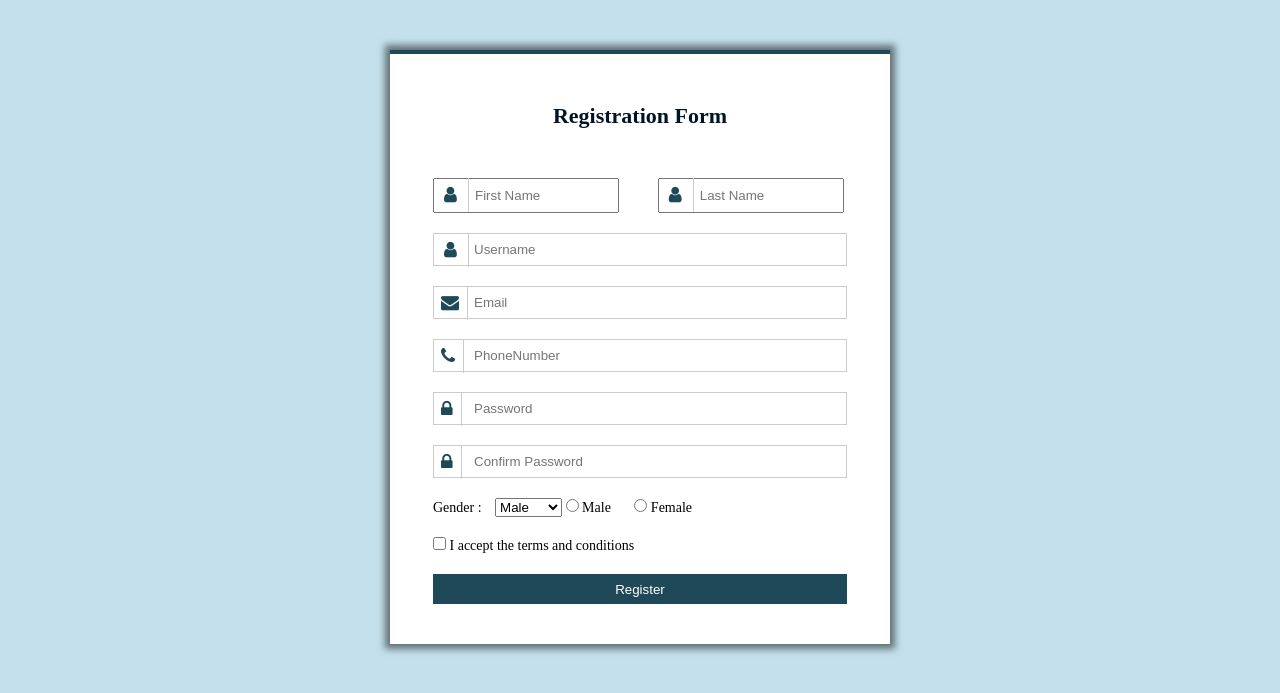
Repository: sampanna17/javabackup
Page: http://localhost/EvoX_CW/pages/register.jsp
An editor plug-in stored every save of this project. The page is shown before and after the next save, followed by the edit.
The browser window is 1280 px wide. The pictures show the whole page.
The page is served by Tomcat 9. Other server files are loaded and not shown.

Above is the page before, as saved 2024-05-05 12:41:23.

### EvoX_CW/src/main/webapp/pages/register.jsp
<%@page import="utils.StringUtils"%>
<%@ page language="java" contentType="text/html; charset=ISO-8859-1"
	pageEncoding="ISO-8859-1"%>

<%
String contextPath = request.getContextPath();
%>
<!DOCTYPE html>
<html lang="en">
<head>
    <meta charset="UTF-8">
    <meta name="viewport" content="width=device-width, initial-scale=1.0">
    <title>Registration Form</title>
    <link rel="stylesheet" type="text/css" href="../stylesheets/register.css"/>
    <link rel="stylesheet" href="https://cdnjs.cloudflare.com/ajax/libs/font-awesome/4.7.0/css/font-awesome.min.css">
</head>

<body>
    <div class="container">

    	<%-- Display error message --%>
		<%
		String errorMessage = (String) request.getAttribute(StringUtils.MESSAGE_ERROR);
		if(errorMessage != null && !errorMessage.isEmpty()){
		%>
		<p class= "error-message"><%=errorMessage%></p>
		<%
		}
		%>

        <h1>Registration Form</h1>
        <div class="form-container">
        <form action="<%=contextPath%>/registerstudent" method="post">

               <div class="input-name">
                    <i class="fa fa-user lock"></i>
                    <input type="text" placeholder="First Name" class="name" name="firstname">

                    <span>
                        <i class="fa fa-user lock"></i>
                        <input type="text" placeholder="Last Name" class="name" name="laststname">
                    </span>

                </div>
                <div class="input-name">
                    <i class="fa fa-user lock"></i>
                    <input type="text" placeholder="Username" class="text-name" name="username">
                </div>

                <div class="input-name">
                    <i class="fa fa-envelope email"></i>
                    <input type="email" placeholder="Email" class="text-name" name="email">
                </div>
                <div class="input-name">
                    <i class="fa fa-phone"></i>
                    <input type="text" placeholder="PhoneNumber" class="text-name" name="phonenumber">
                </div>
                <div class="input-name">
                    <i class="fa fa-lock"></i>
                    <input type="password" placeholder="Password" class="text-name" name="password">
                </div>
                <div class="input-name">
                    <i class="fa fa-lock"></i>
                    <input type="password" placeholder="Confirm Password" class="text-name" name="confirmpassword">
                </div>
                <div class="input-name">
                    <label for="gender" style="display: inline-block; margin-right: 10px;">Gender :</label>
     				 <select id="gender" name="gender" required>
     				 	<option value="male">Male</option>
            			<option value="female">Female</option>
     				 </select>
                    <input type="radio" class="radio" name="r1" style="display: inline-block;">
                    <label style="margin-right: 20px; display: inline-block;">Male</label>

                    <input type="radio" class="radio1" name="r1" style="display: inline-block;">
                    <label style="display: inline-block;">Female</label>
                </div>


                <div class="input-name">
                    <input type="checkbox" class="check-button">
                    <label> I accept the terms and conditions</label>
                </div>
                <div class="input-name">
                    <input type="submit" class="button" value="Register">
                </div>

        </form>
            <%
			String errMsg = (String) request.getAttribute(StringUtils.MESSAGE_ERROR);
			String successMsg = (String) request.getAttribute(StringUtils.MESSAGE_SUCCESS);

			if (errMsg != null) {
			// print
			%>
			<h4 class="error-msg">
				<%
				out.println(errMsg);
				%>
			</h4>
			<%
			}

			if (successMsg != null) {
			// print
			%>
			<h4 class="success-msg">
				<%
				out.println(successMsg);
				%>
			</h4>
			<%
			}
			%>
        </div>
    </div>
</body>

</html>

### EvoX_CW/src/main/webapp/stylesheets/register.css
@charset "ISO-8859-1";

*
{
    margin:0;
    padding:0;
    box-sizing: border-box;
}
body{
    font-size: 14px;
    background-color:#c3e0ec;
}

.container{
    background-color: white;
    width:500px;
    padding: 20px;
    margin:50px auto 0 ;
    border-top: 4px solid#1F4959;
    box-shadow: 0 0 7px 5px rgba(0, 0, 0, 0.5);
    justify-content: center; /* Center horizontally */
    align-items: center; /* Center vertically */
}


.container h1{
    font-size: 22px;
    line-height: 24px;
    padding:30px;
    text-align: center;
    color:#011425

}
.input-name
{
    width:90%;
    position: relative;
    margin: 20px auto;
}

.lock{
    padding:8px 11px;
}

.name{
    width: 45%;
    padding:8px 0 8px 40px ;
}

.input-name span{
    margin-left: 35px;

}
.text-name{
    width:100%;
    padding:8px 0 8px 40px ;
}

.input-name i
{
    position: absolute;
    font-size: 18px;
    color:#1f4959;
    border-right: 1px solid #cccccc;

}
.email{
    padding:8px;
}
.input-name i.fa-lock{
    padding: 8px;
}
.input-name i.fa-phone{
    padding: 8px;
}

.text-name,name{
    border: 1px solid #cccccc;
    outline: none;
}
r1{
    margin-right: 4px ;
}

.button{
    background-color:#1f4959;
    color: white;
    height: 30px;
    width:100%;
    border: none;
    outline: none;
    cursor: pointer;

}
.button:hover{
    background-color:#c3e0ec;
}

After the next save:
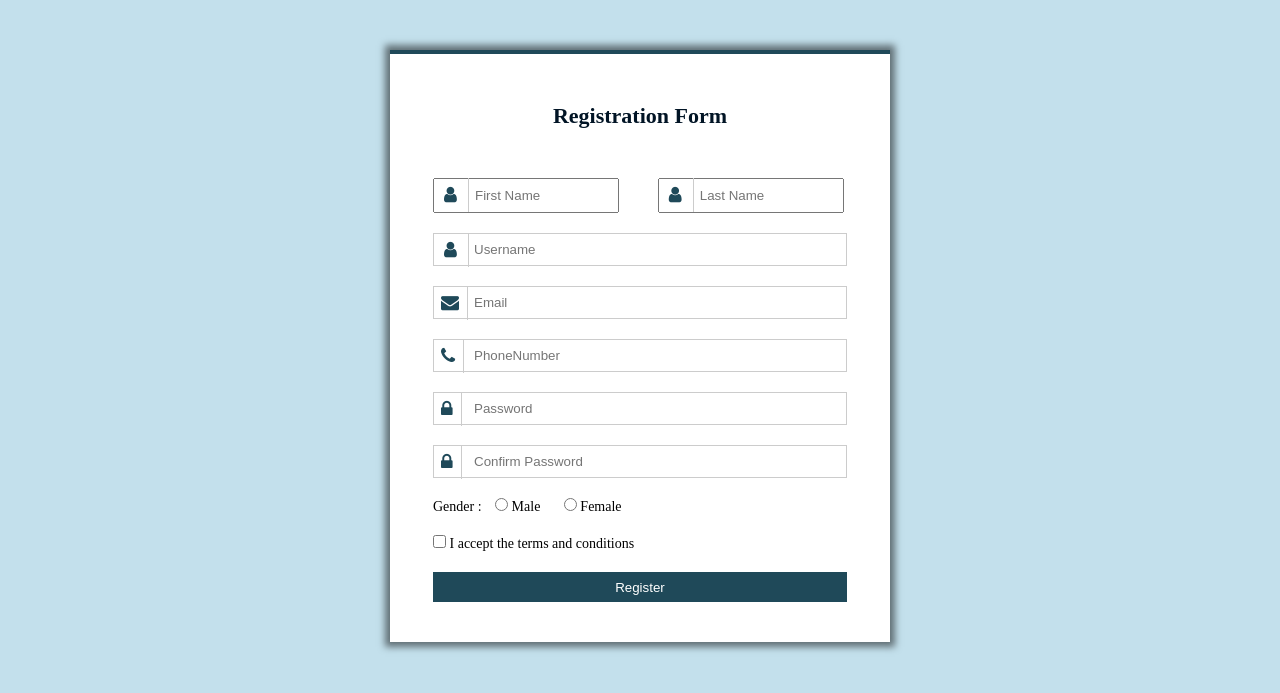
Saved 3 min 40 s later.
--- a/EvoX_CW/src/main/webapp/pages/register.jsp
+++ b/EvoX_CW/src/main/webapp/pages/register.jsp
@@ -65,14 +65,11 @@ String contextPath = request.getContextPath();
                 </div>
                 <div class="input-name">
                     <label for="gender" style="display: inline-block; margin-right: 10px;">Gender :</label>
-     				 <select id="gender" name="gender" required>
-     				 	<option value="male">Male</option>
-            			<option value="female">Female</option>
-     				 </select>
-                    <input type="radio" class="radio" name="r1" style="display: inline-block;">
+
+                    <input type="radio" class="radio" name="gender" style="display: inline-block;">
                     <label style="margin-right: 20px; display: inline-block;">Male</label>
 
-                    <input type="radio" class="radio1" name="r1" style="display: inline-block;">
+                    <input type="radio" class="radio1" name="gender" style="display: inline-block;">
                     <label style="display: inline-block;">Female</label>
                 </div>
 
